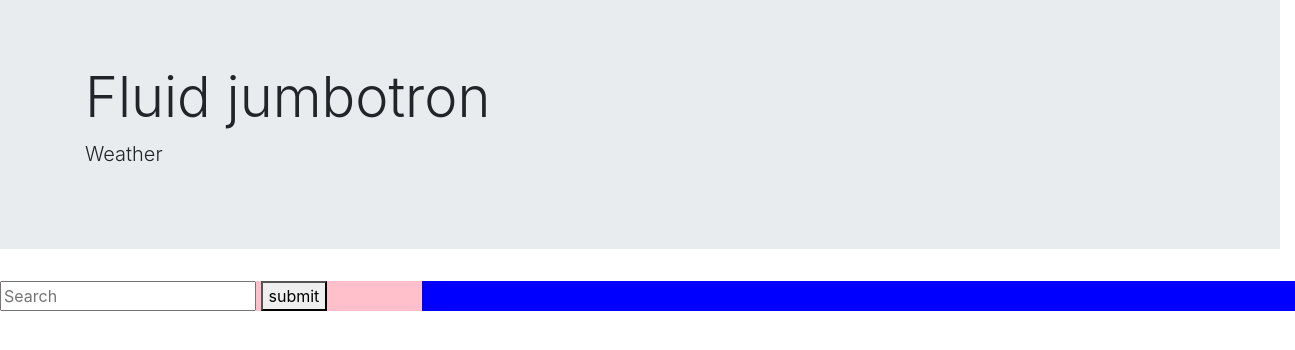
Repository: kkyler24/WeatherBug
Page: index.html
An editor plug-in stored every save of this project. The page is shown before and after the next save, followed by the edit.
The browser window is 1280 px wide. The page is 1295 px wide, then 1280 px, so the pictures cover 1295 px, including what lies to the right of the window. The pictures show the whole page.
Some web libraries are served in a nearby version.

Above is the page before, as saved 2020-04-14 13:22:39.

### index.html
<!DOCTYPE html>
<html lang="en">
<head>
    <meta charset="UTF-8">
    <meta name="viewport" content="width=device-width, initial-scale=1.0">
    <title>Weather</title>
    <!-- bootstrap -->
    <link rel="stylesheet" href="https://maxcdn.bootstrapcdn.com/bootstrap/4.0.0/css/bootstrap.min.css" integrity="sha384-Gn5384xqQ1aoWXA+058RXPxPg6fy4IWvTNh0E263XmFcJlSAwiGgFAW/dAiS6JXm" crossorigin="anonymous">
    <link rel="stylesheet" href="Style.css">
</head>
<body>
   <header>
    <div class="jumbotron jumbotron-fluid">
        <div class="container">
          <h1 class="display-4">Fluid jumbotron</h1>
          <p class="lead">Weather</p>
        </div>
      </div>
   </header>
   <main>
<div class="row">
    <div id="leftCol" class="col-md-4" style="background-color:pink">
        <input type="text" placeholder="Search">
        <button>submit</button>
    </div>





    <div id="rightCol" class="col-md-8 "style="background-color:blue"></div>
</div>





   </main>

    <script src="https://ajax.googleapis.com/ajax/libs/jquery/3.4.1/jquery.min.js"></script>
    <script src="https://cdnjs.cloudflare.com/ajax/libs/popper.js/1.12.9/umd/popper.min.js" integrity="sha384-ApNbgh9B+Y1QKtv3Rn7W3mgPxhU9K/ScQsAP7hUibX39j7fakFPskvXusvfa0b4Q" crossorigin="anonymous"></script>
    <script src="https://maxcdn.bootstrapcdn.com/bootstrap/4.0.0/js/bootstrap.min.js" integrity="sha384-JZR6Spejh4U02d8jOt6vLEHfe/JQGiRRSQQxSfFWpi1MquVdAyjUar5+76PVCmYl" crossorigin="anonymous"></script>
</body>
</html>

Loaded but not shown: Style.css (empty)

After the next save:
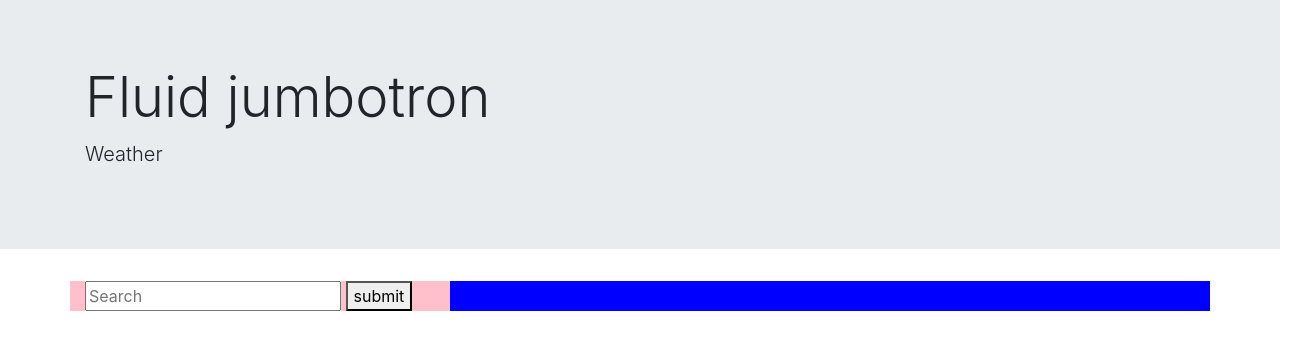
Saved 114 s later.
--- a/index.html
+++ b/index.html
@@ -17,7 +17,7 @@
         </div>
       </div>
    </header>
-   <main>
+   <main class="container">
 <div class="row">
     <div id="leftCol" class="col-md-4" style="background-color:pink">
         <input type="text" placeholder="Search">
